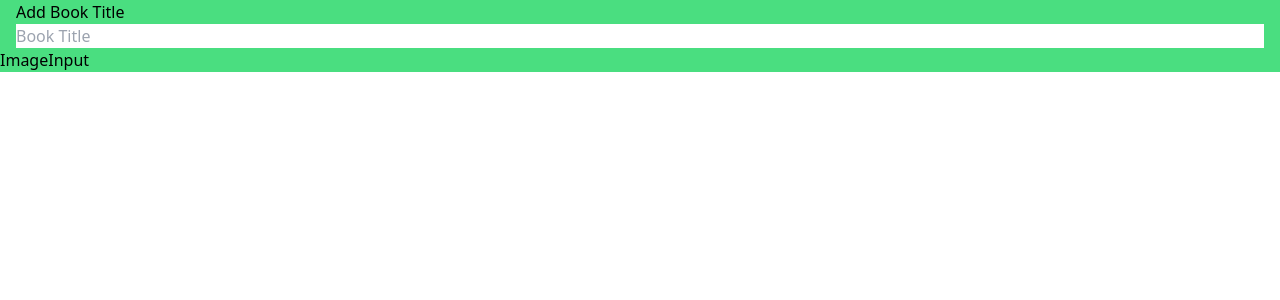
Repository: Marhamat92/booksappwithcontext
Page: /
These files come from the project's save history. The page is drawn as it stood at one moment and after the next save; the edit follows.
The browser window is 1280 px wide. The pictures show the whole page.
The project was rebuilt for these pictures with package versions that can differ from the ones it lists, and the page was loaded fresh each time. Also part of the build but not shown: src/App.css.

Above is the page before, as saved 2022-12-07 13:58:03.

### src/App.tsx
import "./App.css";
import ImageInput from "./components/Inputs/ImageInput";
import TextInput from "./components/Inputs/TextInput";

function App() {
  return (
    <div>
      <div className='bg-green-400'>
        <TextInput label='Add Book Title' placeholder='Book Title' />
        <ImageInput />
      </div>
    </div>
  );
}

export default App;

### src/components/Inputs/ImageInput.tsx
import React from "react";

type Props = {};

function ImageInput({}: Props) {
  return <div>ImageInput</div>;
}

export default ImageInput;

### src/components/Inputs/TextInput.tsx
import React from "react";

type Props = {
  label: string;
  placeholder: string;
};

function TextInput({ label, placeholder }: Props) {
  return (
    <div className='flex flex-col px-4'>
      <label htmlFor='text'>{label}</label>
      <input type='text' placeholder={placeholder} />
    </div>
  );
}

export default TextInput;

Loaded but not shown: public/index.html (common file); src/index.tsx (common file); src/index.css (common file); tailwind.config.js (common file)

After the next save:
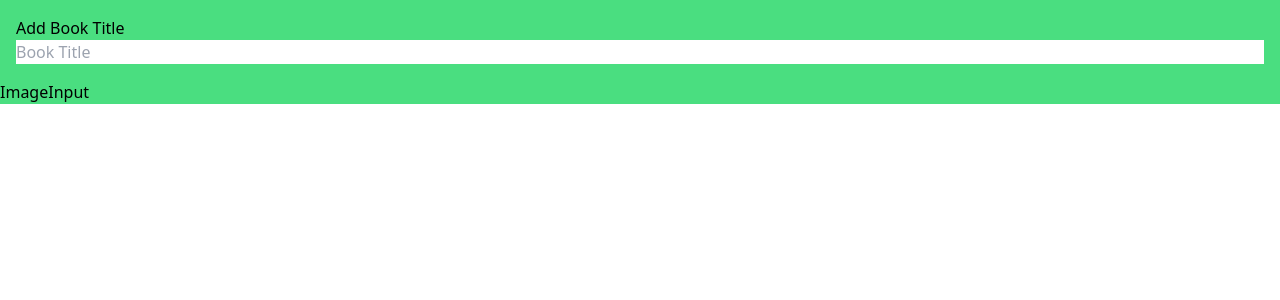
Saved 10 s later.
--- a/src/components/Inputs/TextInput.tsx
+++ b/src/components/Inputs/TextInput.tsx
@@ -7,7 +7,7 @@ type Props = {
 
 function TextInput({ label, placeholder }: Props) {
   return (
-    <div className='flex flex-col px-4'>
+    <div className='flex flex-col px-4 py-4'>
       <label htmlFor='text'>{label}</label>
       <input type='text' placeholder={placeholder} />
     </div>
